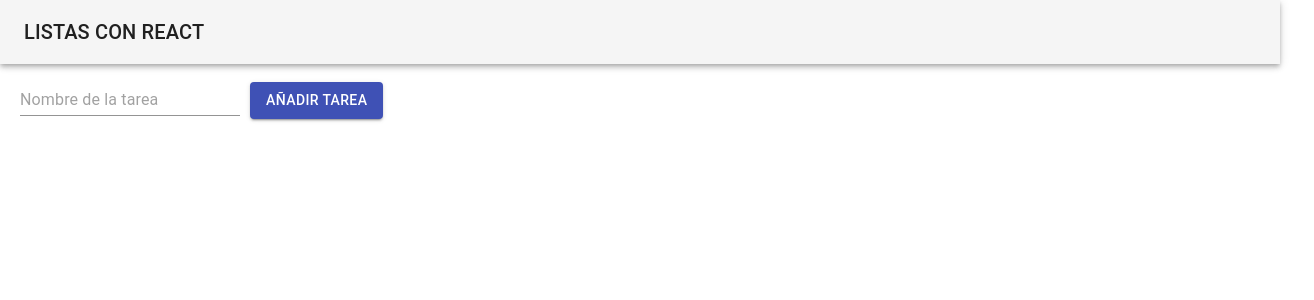
Repository: Salvaaragon/ItemListReact
Page: /
An editor plug-in stored every save of this project. The page is shown before and after the next save, followed by the edit.
The browser window is 1280 px wide. The page is 1314 px wide, so the pictures cover 1314 px, including what lies to the right of the window. The pictures show the whole page.
The project was rebuilt for these pictures with package versions that can differ from the ones it lists, and the page was loaded fresh each time. Also part of the build but not shown: src/components/TasksListItem.tsx.

Above is the page before, as saved 2019-08-04 11:41:04.

### src/App.tsx
import React, { Component } from 'react';
import { Task } from './models/task';
import { NewTaskForm } from './components/NewTaskForm';
import { TasksList } from './components/TaskList';
import AppBar from '@material-ui/core/AppBar';
import Toolbar from '@material-ui/core/Toolbar';
import Typography from '@material-ui/core/Typography';

interface State {
	newTask: Task;
	tasks: Task[];
}

class App extends Component<{}, State> {

	private addTask = (event: React.FormEvent<HTMLFormElement>) => {
		event.preventDefault();

		this.setState(previousState => ({
			newTask: {
				id: previousState.newTask.id + 1,
				name: ""
			},
			tasks: [...previousState.tasks, previousState.newTask]
		}));
	};

	private handleTaskChange = (event: React.ChangeEvent<HTMLInputElement>) => {
		this.setState({
			newTask: {
				...this.state.newTask,
				name: event.target.value
			}
		});
	};

	private deleteTask = (taskToDelete: Task) => {
		this.setState(previousState => ({
			tasks: [
				...previousState.tasks.filter(task => task.id !== taskToDelete.id)
			]
		}));
	};


	state = {
		newTask: {
			id: 1,
			name: ""
		},
		tasks: []
	}

	render() {
		return(
			<div>
				<AppBar position="static" color="default">
					<Toolbar>
						<Typography variant="h6" color="inherit">
							LISTAS CON REACT
						</Typography>
					</Toolbar>
				</AppBar>
				<NewTaskForm
					task={this.state.newTask}
					onAdd={this.addTask}
					onChange={this.handleTaskChange}
				/>
				<TasksList tasks={this.state.tasks} onDelete={this.deleteTask}/>
			</div>
		)
	}
}

export default App;

### src/components/NewTaskForm.tsx
import React, { FunctionComponent } from "react";
import { Task } from "../models/task";
import ReactDOM from 'react-dom';
import Button from '@material-ui/core/Button';
import Input from '@material-ui/core/Input';
import Grid from '@material-ui/core/Grid';

var myStyle = {
    margin: "10px",
};

interface Props {
    onChange: (event: React.ChangeEvent<HTMLInputElement>) => void;
    onAdd: (event: React.FormEvent<HTMLFormElement>) => void;
    task: Task;
}

export const NewTaskForm: FunctionComponent<Props> = ({
    onChange,
    onAdd,
    task,
}) => (
    <Grid container spacing={3} style={myStyle}>
        <form onSubmit={onAdd}>
            <Input onChange={onChange} value={task.name} style={myStyle} placeholder="Nombre de la tarea"/>
            <Button variant="contained" color="primary" type="submit">Añadir tarea</Button>
        </form>
    </Grid>
);

### src/components/TaskList.tsx
import React, { FunctionComponent } from "react";

import { Task } from "../models/task";
import { TaskListItem } from "./TasksListItem";

interface Props {
  tasks: Task[];
  onDelete: (task: Task) => void;
}

export const TasksList: FunctionComponent<Props> = ({ tasks, onDelete }) => (
  <ul>
    {tasks.map(task => (
      <TaskListItem task={task} onDelete={onDelete} />
    ))}
  </ul>
);

Loaded but not shown: public/index.html (common file); src/index.tsx (common file); src/index.css (common file); src/serviceWorker.ts (common file)

After the next save:
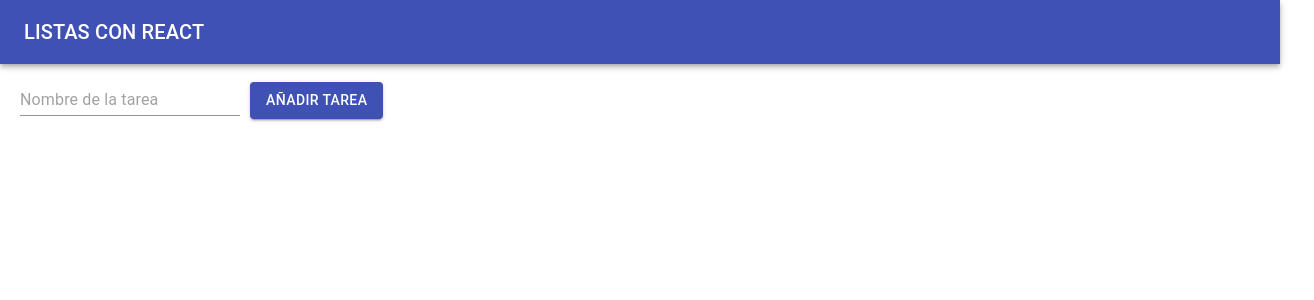
Saved 2 min 0 s later.
--- a/src/App.tsx
+++ b/src/App.tsx
@@ -54,7 +54,7 @@ class App extends Component<{}, State> {
 	render() {
 		return(
 			<div>
-				<AppBar position="static" color="default">
+				<AppBar position="static" color="primary">
 					<Toolbar>
 						<Typography variant="h6" color="inherit">
 							LISTAS CON REACT
